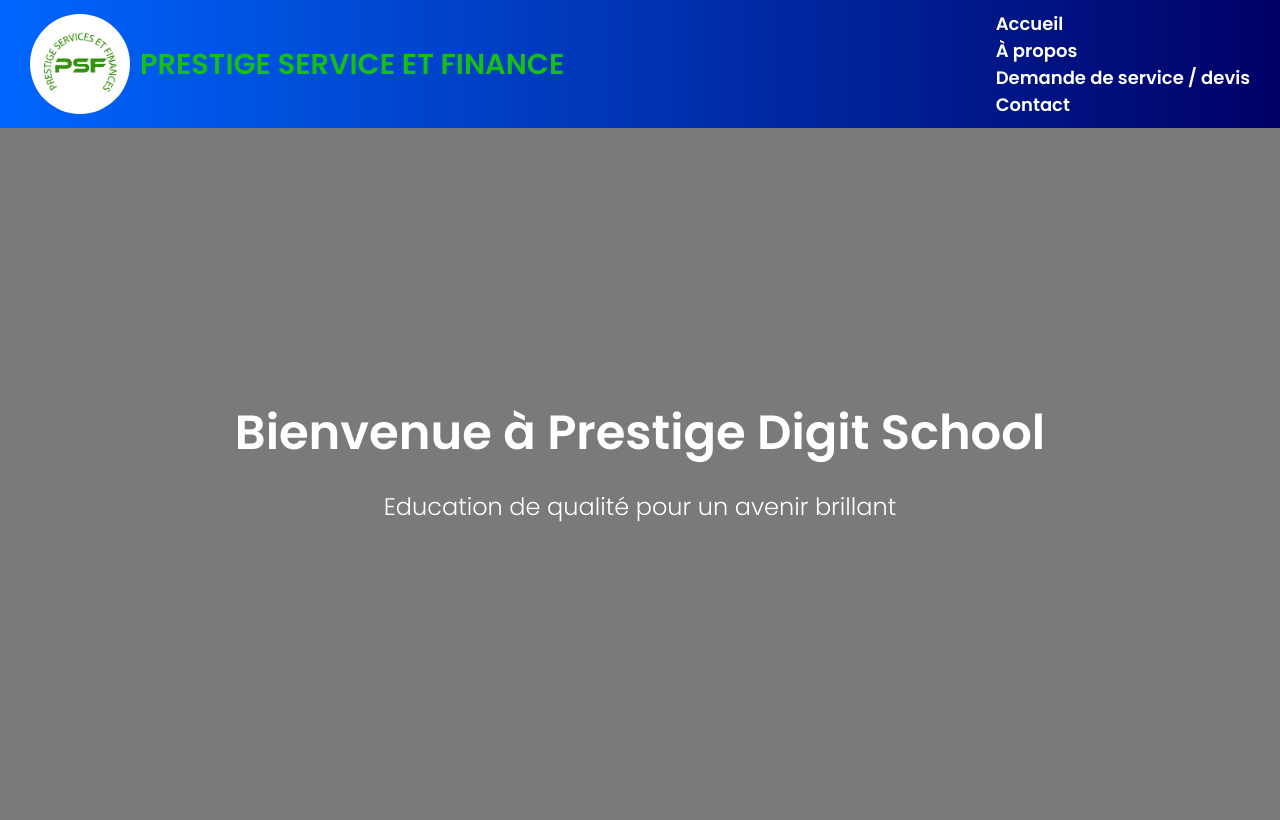
Repository: prestige225/prestige_services_et_finances
Page: index.html
An editor plug-in stored every save of this project. The page is shown before and after the next save, followed by the edit.
The browser window is 1280 px wide. The pictures show the whole page.

Above is the page before, as saved 2025-05-30 00:06:17.
Not found: image/hero-bg.jpg

After the next save:
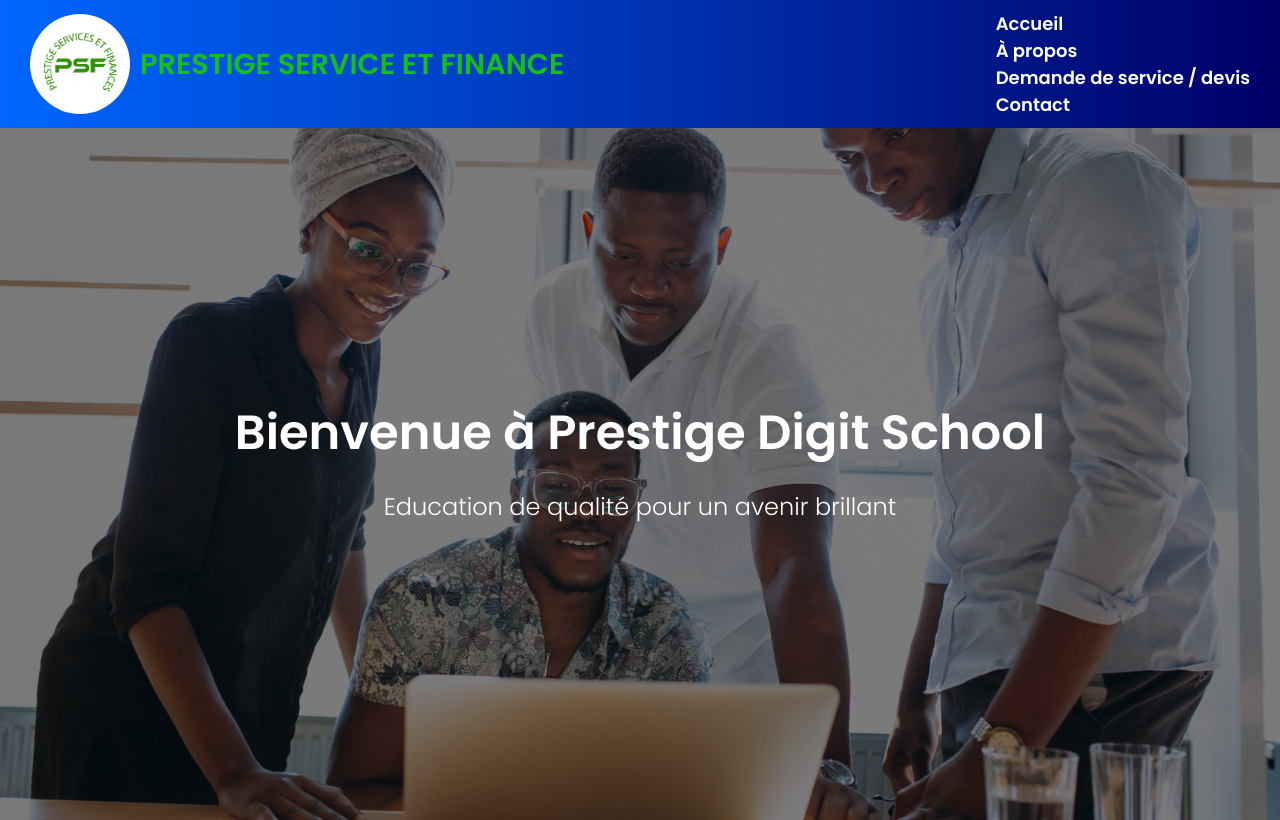
Saved 11 min 34 s later.
--- a/index.html
+++ b/index.html
@@ -110,7 +110,7 @@
 .hero {
   position: relative;
   height: 100vh;
-  background: url('image/hero-bg.jpg') no-repeat center center/cover;
+  background: url('image/caroussel.jpg') no-repeat center center/cover;
   display: flex;
   justify-content: center;
   align-items: center;
